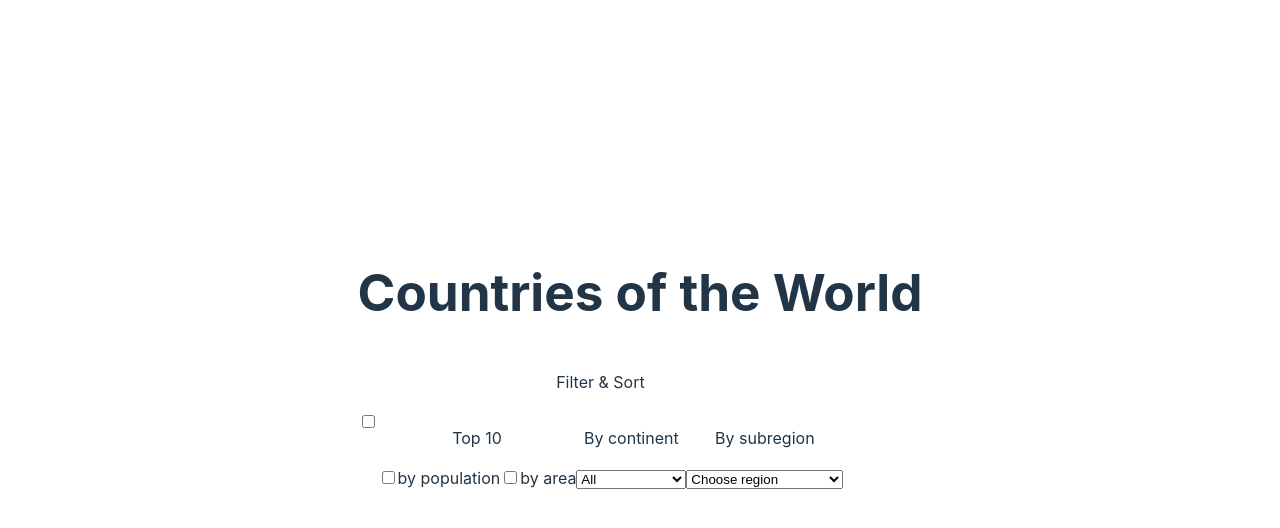
Repository: SamanthaYan298/my_countries
Page: /
An editor plug-in stored every save of this project. The page is shown before and after the next save, followed by the edit.
The browser window is 1280 px wide. The pictures show the whole page.
The project was rebuilt for these pictures with package versions that can differ from the ones it lists, and the page was loaded fresh each time. Also part of the build but not shown: vite.config.js.

Above is the page before, as saved 2024-11-04 16:58:26.

### src/App.jsx
import { useState } from 'react'
import './App.css'

function App() {

  return (
    <>
      <h1>Countries of the World</h1>
      <div className="container">
        <div>
          <p>Filter & Sort</p>
          <div className='filters'>
            <div>
              <input type="checkbox"/>
            </div>
            <div>
              <p>Top 10</p>
              <input type="checkbox"/>
              <label htmlFor="by-population">by population</label>
              <input type="checkbox" />
              <label htmlFor="by-area">by area</label>
            </div>
            <div>
              <p>By continent</p>
              <select>
                <option value="All">All</option>
                <option value="Antarctica">Antarctica</option>
                <option value="North America">North America</option>
                <option value="Europe">Europe</option>
                <option value="Africa">Africa</option>
                <option value="Asia">Asia</option>
                <option value="Oceania">Oceania</option>
                <option value="South America">South America</option>
              </select>
            </div>
            <div>
            <p>By subregion</p>
              <select>
                <option value="Choose region">Choose region</option>
                <option value="Caribbean">Caribbean</option>
                <option value="Western Europe">Western Europe</option>
                <option value="Western Africa">Western Africa</option>
                <option value="Central Europ">Central Europ</option>
                <option value="Estern Asia">Estern Asia</option>
                <option value="Polynesia">Polynesia</option>
                <option value="North Africa">North Africa</option>
                <option value="Southern Europe">Southern Europe</option>
                <option value="Southern-Eastern Asia">Southern-Eastern Asia</option>
              </select>
            </div>
          </div>
        </div>
      </div>
    </>
  )
}

export default App

### src/App.css
#root {
  max-width: 1280px;
  margin: 0 auto;
  padding: 2rem;
  text-align: center;
}

.container {
  display: flex;
  flex-direction: row;
}

.filters {
  display: flex;
  flex-direction: row;
}

Loaded but not shown: index.html (common file); src/main.jsx (common file); src/index.css (common file)

After the next save:
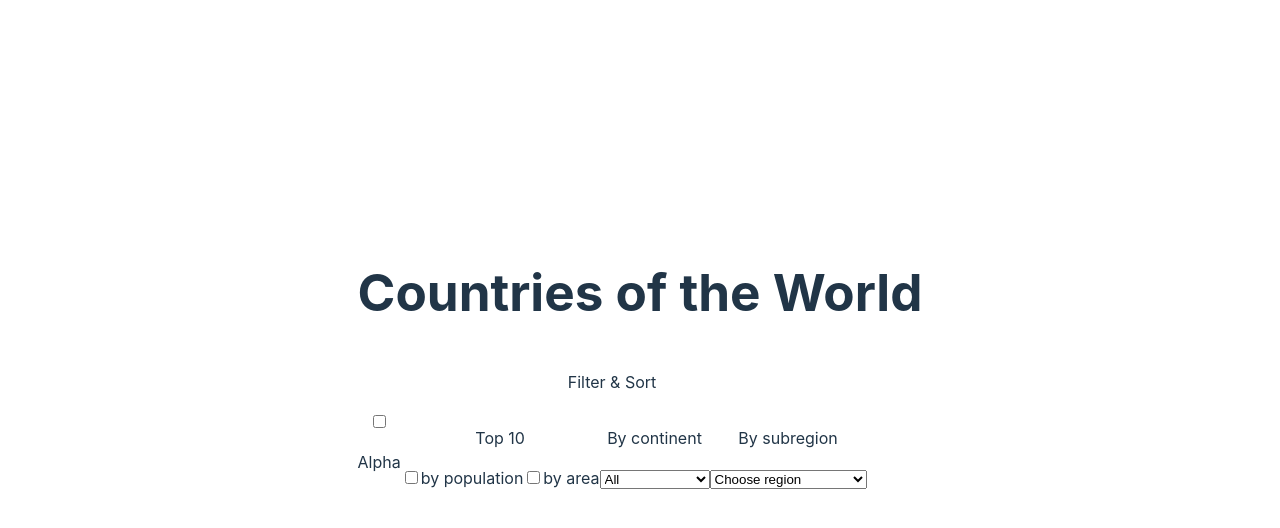
Saved 43 s later.
--- a/src/App.jsx
+++ b/src/App.jsx
@@ -12,6 +12,7 @@ function App() {
           <div className='filters'>
             <div>
               <input type="checkbox"/>
+              <p>Alpha</p>
             </div>
             <div>
               <p>Top 10</p>
